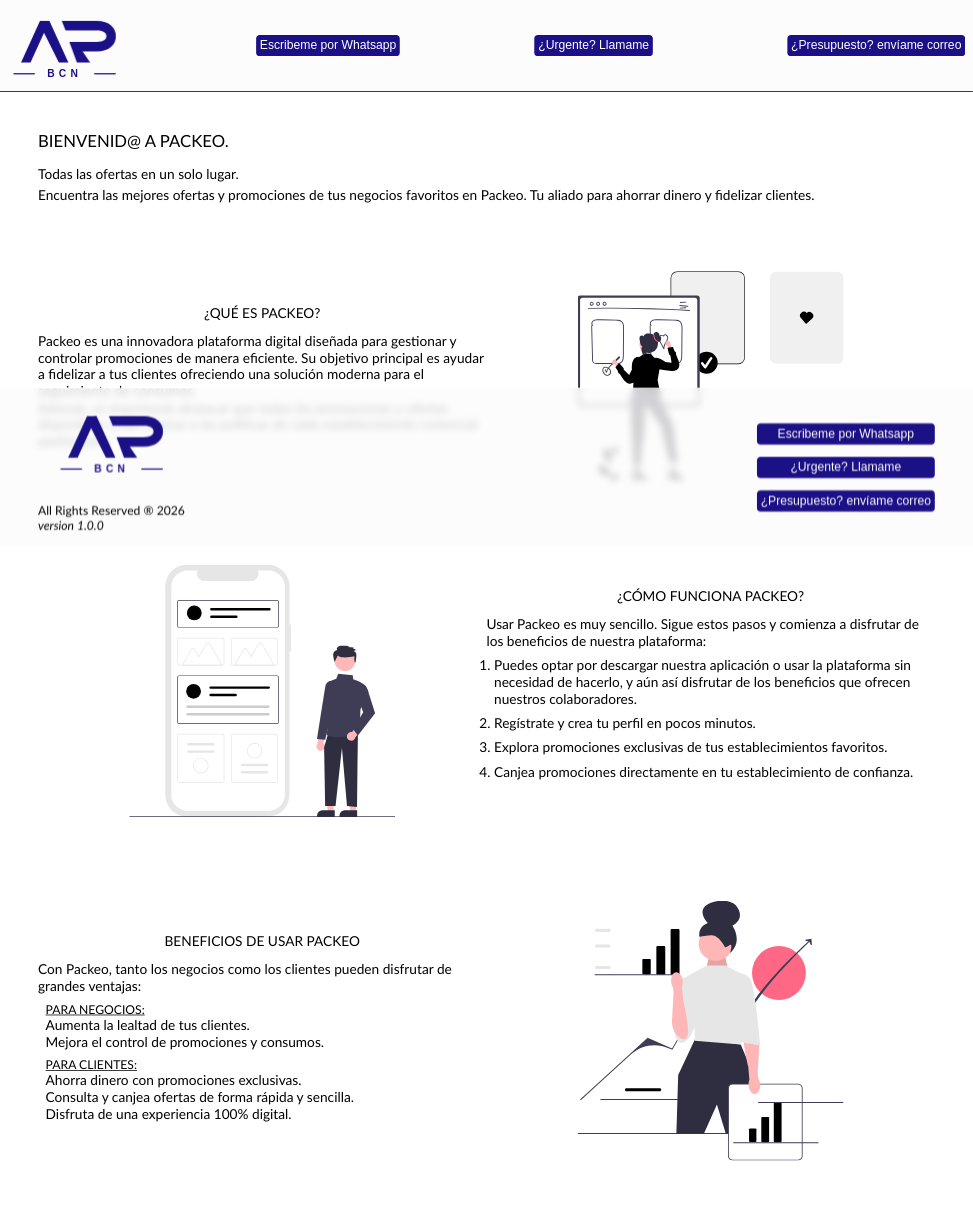
Repository: alupvcbarcelona/alupvcbarcelona-front
Page: /
The author's editor kept a copy of each file at every save. The page is drawn from the files as they stood at one save, then again after the next save.
The browser window is 1280 px wide. The pictures show the whole page, at 76% of full size.
The page's requests for data from a server got no answer. The project was rebuilt for these pictures with package versions that can differ from the ones it lists, and the page was loaded fresh each time. No one was signed in, and anything a server would have sent is missing. Also part of the build but not shown: vite.config.js, src/reducers/partner.reducer/partner.action.js, src/views/Pack/utils/content.js, src/views/Pack/Pack.css, src/views/Pack/Pack.jsx, src/views/404/utils.js, src/views/404/NotFound.css, src/views/404/NotFound.jsx and 6 more.

Above is the page before, as saved 2026-07-24 09:25:21.

### index.html
<!doctype html>
<html lang="en">

<head>
  <meta charset="UTF-8" />
  <link rel="icon" type="image/svg+xml" href="/logo.png" />
  <meta name="viewport" content="width=device-width, initial-scale=1.0 user-scalable=no" />
  <meta name="author" content="AluPVC Barcelona" />
  <title>ALUPVC BCN</title>
</head>

<body>
  <div id="root"></div>
  <script type="module" src="/src/main.jsx"></script>
</body>

</html>

### src/main.jsx
import { StrictMode } from 'react'
import { createRoot } from 'react-dom/client'
import { BrowserRouter } from 'react-router-dom'
import { ReducerProvider } from './context/reducer.context/ReducerContext.jsx'
import { StateProvider } from './context/state.context/StateContext.jsx'
import App from './App.jsx'
import './assets/global/GlobalStyle.css'
import { ScrollProvider } from './context/scroll.context/Scroll.jsx'

createRoot(document.getElementById('root')).render(
  <StrictMode>
    <BrowserRouter>
      <ReducerProvider>
        <StateProvider>
          <ScrollProvider>
            <App />
          </ScrollProvider>
        </StateProvider>
      </ReducerProvider>
    </BrowserRouter>
  </StrictMode>
)

### src/context/reducer.context/ReducerContext.jsx
import { useReducer } from 'react'
import { ReducerContext } from '../createContext'
import {
  stateLoad,
  initStateLoad
} from '../../reducers/loader.reducer/loader.reducer'
import {
  statePartner,
  initStatePartner
} from '../../reducers/partner.reducer/partner.reducer'
import { initStateAuth, stateAuth } from '../../reducers/auth.reducer/auth.reducer'
import { initStatePack, statePacks } from '../../reducers/packs.reducer/pack.reducer'

export const ReducerProvider = ({ children }) => {
  const [load, dispatchLoad] = useReducer(stateLoad, initStateLoad)
  const [partner, dispatchPartner] = useReducer(statePartner, initStatePartner)
  const [auth, dispatchAuth] = useReducer(stateAuth, initStateAuth)
  const [packs, dispatchPack] = useReducer(statePacks, initStatePack)

  return (
    <ReducerContext.Provider value={{ load, dispatchLoad, partner, dispatchPartner, auth, dispatchAuth, packs, dispatchPack }}>
      {children}
    </ReducerContext.Provider>
  )
}

### src/context/scroll.context/Scroll.jsx
import { createContext, useRef } from 'react'
import { ScrollContext } from '../createContext'
import useScrollToRef from '../../hooks/useScrollToRef'

export const ScrollProvider = ({ children }) => {
  const useScroll = useScrollToRef()

  const refTop = useRef(null)
  const refForm = useRef(null)
  const refPack = useRef(null)
  const refPacks = useRef(null)

  return (
    <ScrollContext.Provider
      value={{ useScroll, refTop, refForm, refPack, refPacks }}
    >
      {children}
    </ScrollContext.Provider>
  )
}

### src/context/createContext.jsx
import { createContext } from "react";

export const ReducerContext = createContext()
export const StateContext = createContext()
export const ScrollContext = createContext()

### src/components/ProtectedRoute/ProtectedRoute.jsx
import React, { useContext, useEffect, useState } from 'react'
import { StateContext } from '../../context/createContext'
import { useNavigate } from 'react-router-dom'

const protectedRoute = ({ children, requiresAuth }) => {
  const {
    isAuth: { auth }
  } = useContext(StateContext)

  const navigate = useNavigate()

  useEffect(() => {
    if (requiresAuth && !auth) {
      navigate('/')
    } else if (!requiresAuth && auth) {
      navigate('/perfil')
    }
  }, [auth, navigate, requiresAuth])

  if ((requiresAuth && !auth) || (!requiresAuth && auth)) {
    return null
  }

  return children
}

export default protectedRoute

### src/views/Home/Home.jsx
import React from 'react'
import { home_content, home_description } from './utils/content'
import './Home.css'

const Img = React.lazy(() => import('../../components/Img/Img'))
const Content = React.lazy(() => import('../../components/Content/Content'))

const Home = () => {
  const content = home_content
  const description = home_description

  return (
    <section className='home__content fadeIn'>
      <div>
        <Content element={content} />
      </div>
      <div className='home__section'>
        {description?.body.map((item, index) => (
          <div key={`section-${index}`} className='home__use'>
            <div>
              <h2>{item?.title}</h2>
              {item.article.map((article, articleIndex) => (
                <article key={`article-${articleIndex}`}>
                  <p>{article.paragraph}</p>
                  {article.description_ && (
                    <div className='home__bussiness-type'>
                      {article.description_.map((desc, descIndex) => (
                        <div key={`desc-${descIndex}`}>
                          <h3>{desc.title}</h3>
                          {desc.ul && (
                            <ul>
                              {desc.ul.map((li, liIndex) => (
                                <li key={`desc-li-${liIndex}`}>{li.li}</li>
                              ))}
                            </ul>
                          )}
                        </div>
                      ))}
                    </div>
                  )}
                  {article.ol && (
                    <ol>
                      {article.ol.map((li, olIndex) => (
                        <li key={`ol-li-${olIndex}`}>{li.li}</li>
                      ))}
                    </ol>
                  )}
                </article>
              ))}
            </div>
            <div>
              <Img icon={item.img.img} alt={item.img.alt} w={item.img.width} />
            </div>
          </div>
        ))}
      </div>
    </section>
  )
}

export default Home

### src/layout/Layout.jsx
import React, { useContext, useEffect, useState } from "react";
import { Outlet, useLocation } from "react-router-dom";
import { Helmet, HelmetProvider } from "react-helmet-async";
import { ToastContainer } from "react-toastify";
import useWidth from "../hooks/useWidth";
import "./Layout.css";
import { ScrollContext } from "../context/createContext";

const AluPVCLogo = React.lazy(() => import("../components/Logo/AluPVCLogo"));
const Header = React.lazy(() => import("../components/Header/Header"));
const Footer = React.lazy(() => import("../components/Footer/Footer"));

const Layout = () => {
  const [google, setGoogle] = useState(import.meta.env.VITE_GOOGLE_ADSENSE);
  const { useScroll, refTop } = useContext(ScrollContext);
  const location = useLocation();
  const width = useWidth();
  useEffect(() => {
    useScroll(refTop);
  }, [location]);

  return (
    <>
      <Header />
      <div className="layout__toast">
        <ToastContainer position="bottom-center" hideProgressBar />
      </div>
      <section
        ref={refTop}
        className={`outlet__container ${
          width >= 510 ? "outlet__children" : "outlet__children-mobile"
        }`}
      >
        <Outlet />
      </section>
      <Footer />
    </>
  );
};

export default Layout;

### src/hooks/useScrollToRef.jsx
import { useCallback } from 'react'

const useScrollToRef = () => {
  const scrollToRef = useCallback((ref, h=0) => {
    if (ref.current) {
      ref.current.scrollIntoView({ behavior: 'smooth', block: 'start' })
      setTimeout(() => {
        const scrollY = window.scrollY || document.documentElement.scrollTop
        window.scrollTo({
          top: h,
          behavior: 'smooth',
        })
      }, 0)

    }
  }, [])

  return scrollToRef
}

export default useScrollToRef

### src/views/Home/Home.css
.home__content {
  padding: 50px;
}

.home__content-title {
  margin: 40px 0;
  text-align: center;
}

.home__container-card {
  display: flex;
  gap: 20px;
  flex-wrap: wrap;
  justify-content: center;
}

.home__section {
  display: flex;
  flex-direction: column;
  gap: 70px;
}

.home__use {
  width: 100%;
  display: flex;
  flex-wrap: wrap;
  justify-content: center;
  align-items: center;
}
.home__use > div {
  width: 50%;
}

.home__use > div > article > div {
  margin-bottom: 10px;
}

.home__section h2 {
  font-size: 18px;
  margin-bottom: 15px;
  text-align: center;
}

.home__section img {
  display: block;
  margin: 20px auto;
  max-width: 100%;
  height: auto;
}

.home__section ol {
  padding: 10px;
}

.home__section ol li {
  margin-bottom: 10px;
}

.home__benefits {
  display: flex;
  flex-direction: column;
  gap: 20px;
}

.home__bussiness-type {
  margin: 10px 0 0 10px;
}

.home__bussiness-type > div > h3 {
  margin-top: 10px;
  text-decoration: underline;
  font-size: 16px;
}

.home__benefits ul {
  list-style: disc;
  margin-left: 20px;
}

.home__benefits ul li {
  margin-bottom: 8px;
}

@media (min-width: 663px) {
  .home__use:nth-child(2) {
    flex-direction:row-reverse;
  }
}

@media (max-width: 662px) {
  .home__content {
    padding: 50px 20px 40px 20px;
  }
  .home__use {
    flex-wrap: nowrap;
    flex-direction: column;
    gap: 50px;
  }
  .home__use > div {
    width: 100%;
  }
}

### src/components/Img/Img.jsx
import './Img.css'

const Img = ({
  icon,
  w = 20,
  h = w,
  p = '0px',
  alt,
  title = null,
  action = () => {}
}) => {
  return (
    <img
      className='svg__icon'
      src={icon}
      width={w}
      height={h}
      style={{ padding: p }}
      alt={alt}
      title={title}
      onClick={action}
      loading='lazy'
    />
  )
}

export default Img

### src/hooks/useWidth.jsx
import { useEffect, useState } from 'react'

const useWidth = () => {
  const [width, setWidth] = useState(window.innerWidth);
  useEffect(() => {
    const handleResize = () => {
      setWidth(window.innerWidth);
    };

    window.addEventListener('resize', handleResize);

    return () => {
      window.removeEventListener('resize', handleResize);
    };
  }, []);
  return width;
}

export default useWidth

### src/layout/Layout.css
.outlet__container {
  min-height:50svh;
}

### src/components/Logo/AluPVCLogo.jsx
import Img from "../Img/Img";
const logo = "/public/logo_2.png";
import "./AluPVCLogo.css";

const AluPVCLogo = () => {
  return (
    <div className="alupvc-logo fadeIn">
      <div className="logo-container">
        <svg
          viewBox="0 0 600 400"
          className="logo-svg"
          xmlns="http://www.w3.org/2000/svg"
        >
          <defs>
            <linearGradient id="grad" x1="0%" y1="0%" x2="100%" y2="100%">
              <stop offset="0%" stopColor="var(--p-bg-secondary)" />
              <stop offset="100%" stopColor="var(--p-bg-secondary)" />
            </linearGradient>
          </defs>

          {/* A izquierda */}
          <polygon
            className="a-left"
            points="70,290 170,70 220,70 120,290"
            fill="url(#grad)"
          />

          {/* A derecha */}
          <polygon
            className="a-right"
            points="220,70 320,290 270,290 170,90"
            fill="url(#grad)"
          />

          {/* P */}
          <path
            className="letter-p"
            d="
    M285 70
    H470
    C535 70 570 105 570 150
    C570 195 535 230 470 230
    H395
    L435 290
    H365
    L325 180
    H470
    C505 180 520 167 520 150
    C520 133 505 120 470 120
    H305
    Z"
            fill="url(#grad)"
          />

          {/* Línea izquierda */}
          <rect
            className="line-left"
            x="30"
            y="345"
            width="115"
            height="8"
            rx="4"
            fill="url(#grad)"
          />

          {/* Línea derecha */}
          <rect
            className="line-right"
            x="455"
            y="345"
            width="115"
            height="8"
            rx="4"
            fill="url(#grad)"
          />

          {/* BCN */}
          <text
            x="300"
            y="366"
            textAnchor="middle"
            className="logo-text logo-bcn"
          >
            BCN
          </text>
        </svg>
      </div>
    </div>
  );
};

export default AluPVCLogo;

### src/components/Header/Header.jsx
import React, { useContext } from 'react'
import { NavLink, useNavigate, useLocation } from 'react-router-dom'
import useWidth from '../../hooks/useWidth'
import { ReducerContext, StateContext } from '../../context/createContext'
import { optionsNavigate, optionsNavigateMobile } from './utils/content'
import { handleGoHome } from './utils/functions'
import Img from '../Img/Img'
import './Header.css'
import menu from '/menu.svg'
import login from '/login.svg'
import AluPVCLogo from '../Logo/AluPVCLogo'
import { handleCallPhone, handleEmail, handleWhatsapp } from '../Footer/utils'
const Button = React.lazy(() => import('../Button/Button'))

const Header = () => {
  const width = useWidth()
  const navigate = useNavigate()
  const location = useLocation()
  const {
    isAuth: { auth },
    showMenu,
    handleShowMenu,
    handleCloseSesion
  } = useContext(StateContext)
  const {
    auth: { user }
  } = useContext(ReducerContext)

  const navbar = optionsNavigate(user, auth)
  const navbarMobile = optionsNavigateMobile(user, auth)

  return (
    <header className='header__container filter'>
      <div className='header__content-logo'>
        <AluPVCLogo />
      </div>
      <Button
            ariaLabel="Whatsapp"
            p="5px"
            br="5px"
            children="Escribeme por Whatsapp"
            onClick={handleWhatsapp}
          />
          <Button
            ariaLabel="Teléfono"
            p="5px"
            br="5px"
            children="¿Urgente? Llamame"
            onClick={handleCallPhone}
          />
          <Button
            ariaLabel="Email"
            p="5px"
            br="5px"
            children="¿Presupuesto? envíame correo"
            onClick={handleEmail}
          />
    </header>
  )
}

export default Header

### src/components/Footer/Footer.jsx
import React from "react";
import packageJson from "../../../package.json";
import { year, handleEmail, handleWhatsapp, handleCallPhone } from "./utils";
import AluPVCLogo from "../Logo/AluPVCLogo";
import Button from "../Button/Button";

import "./Footer.css";

const Footer = () => {
  return (
    <footer>
      <div className="footer__container filter">
        <div className="footer_content-logo">
          <AluPVCLogo />
          <div className="footer_content-version">
            <span>All Rights Reserved &#174;​ {year()}</span>
            <i>version {packageJson.version}</i>
          </div>
        </div>
        <div className="footer_content-action">
          <Button
            ariaLabel="Whatsapp"
            p="5px"
            br="5px"
            children="Escribeme por Whatsapp"
            onClick={handleWhatsapp}
          />
          <Button
            ariaLabel="Teléfono"
            p="5px"
            br="5px"
            children="¿Urgente? Llamame"
            onClick={handleCallPhone}
          />
          <Button
            ariaLabel="Email"
            p="5px"
            br="5px"
            children="¿Presupuesto? envíame correo"
            onClick={handleEmail}
          />
        </div>
      </div>
    </footer>
  );
};

export default Footer;

### src/components/Button/Button.jsx
import "./Button.css";

const Button = ({
  children,
  icon,
  ariaLabel,
  bgColor = "var(--p-bg-secondary)",
  textColor = "var(--p-text-primary_2)",
  p,
  br,
  w = "auto",
  h = "auto",
  type = "button",
  onClick,
  className = "",
  style = {},
  ...props
}) => {
  return (
    <button
      type={type}
      onClick={onClick}
      aria-label={ariaLabel}
      className={`button ${className}`}
      style={{
        backgroundColor: bgColor,
        color: textColor,
        padding: p,
        borderRadius: br,
        width: w,
        height: h,
        ...style,
      }}
      {...props}
    >
      {icon && <span className="button__icon">{icon}</span>}

      {children && <span className="button__text">{children}</span>}
    </button>
  );
};

export default Button;

### src/components/Img/Img.css
.svg__icon {
  transition: all 0.1s ease-in;
  cursor:pointer;
}

.svg__icon:hover{
  transform: scale(1.1);
}

### src/components/Content/Content.css
.content__container {
  width: 100%;
  display: flex;
  flex-direction: column;
  gap: 20px;
  margin-bottom: 30px;
  transition: all 0.3s ease-in-out;
}

.content__content-information {
  display: flex;
  justify-content: start;
  align-items: center;
  gap: 10px;
}

.content__content-contact {
  display: flex;
  flex-direction: column;
  gap: 5px;
}

.content__links {
  display: flex;
  flex-wrap: wrap;
  align-items: center;
}

.content__content-location {
  display: flex;
  gap: 5px;
  align-items: center;
}

.content__content-location > span {
  background-color: var(--p-bg-black);
  color: var(--p-text-tertiary);
  padding: 0 5px;
  border-radius: 5px;
}

### src/components/Footer/Footer.css
.footer__container {
  position: fixed;
  width: 100%;
  padding: 20px 50px;
  display: flex;
  justify-content: space-between;
  gap: 50px;
  bottom: 0;
}

.footer_content-logo {
  display: flex;
  flex-wrap: wrap;
  justify-content: space-between;
  flex-direction: column;
  gap: 2rem;
}

.footer_content-version {
  display: flex;
  flex-direction: column;
  justify-content: end;
}

.footer_content-action {
  display: flex;
  justify-content: center;
  flex-direction: column;
  gap: 1rem;
}

@media (max-width: 662px) {
  .footer__container {
    /* flex-direction: column-reverse; */
    padding: 20px;
  }
}

Loaded but not shown: package.json (35 lines, source omitted); src/views/Home/utils/content.js (107 lines, source omitted); src/components/Header/utils/content.js (167 lines, source omitted); src/components/Footer/utils.js (82 lines, source omitted); src/reducers/packs.reducer/pack.reducer.js (24 lines, source omitted); src/services/fetch.js (23 lines, source omitted); src/reducers/partner.reducer/partner.reducer.js (18 lines, source omitted); src/reducers/loader.reducer/loader.reducer.js (15 lines, source omitted); src/reducers/auth.reducer/auth.reducer.js (12 lines, source omitted); src/components/Header/utils/functions.js (3 lines, source omitted); src/context/state.context/StateContext.jsx (158 lines, source omitted); src/components/Content/Content.jsx (112 lines, source omitted); src/App.jsx (54 lines, source omitted); src/assets/global/GlobalStyle.css (192 lines, source omitted); src/components/Header/Header.css (134 lines, source omitted); src/components/Logo/AluPVCLogo.css (142 lines, source omitted); src/components/Button/Button.css (no stored copy; drawn as an empty file)

After the next save:
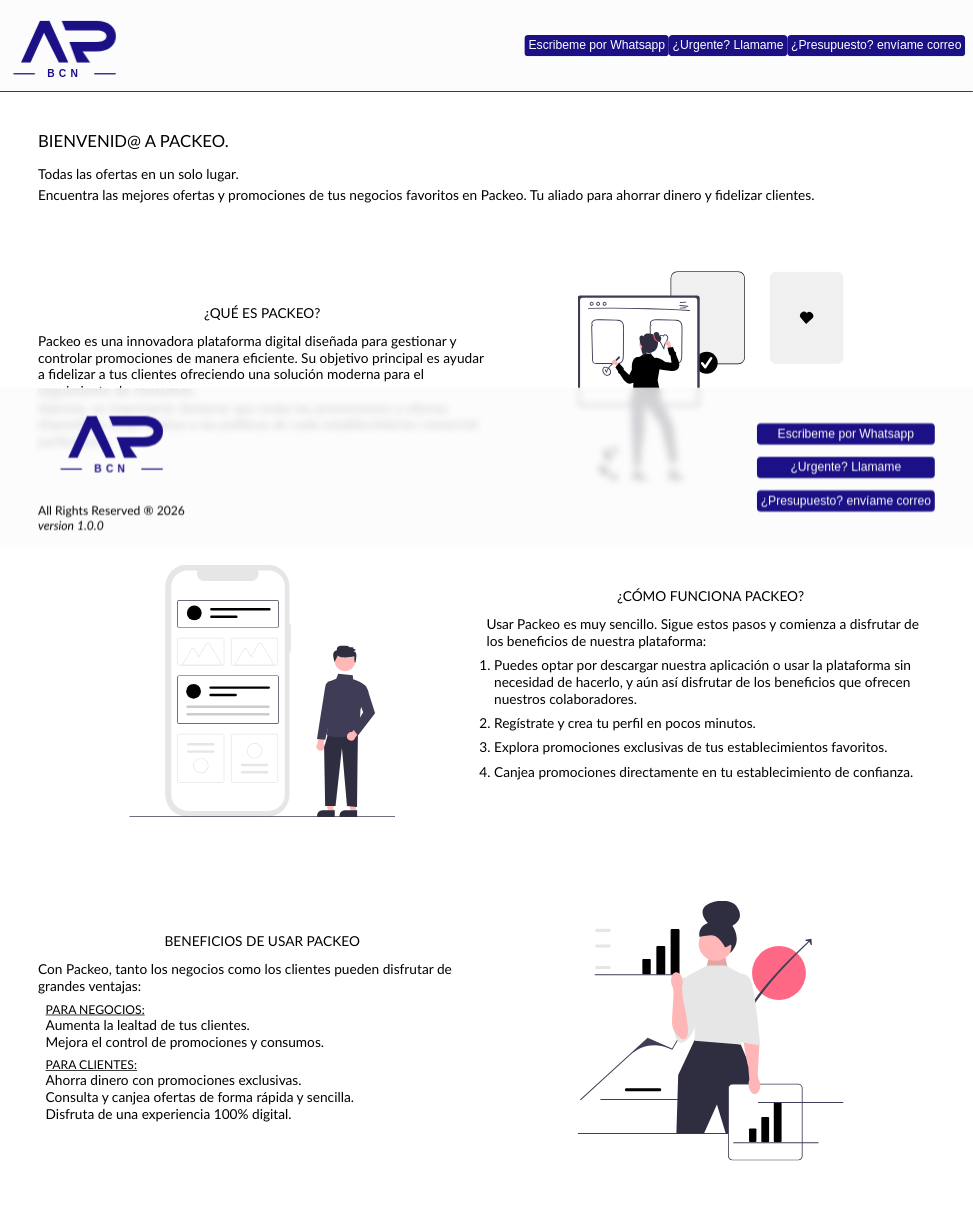
Saved 16 s later.
--- a/src/components/Header/Header.jsx
+++ b/src/components/Header/Header.jsx
@@ -1,62 +1,64 @@
-import React, { useContext } from 'react'
-import { NavLink, useNavigate, useLocation } from 'react-router-dom'
-import useWidth from '../../hooks/useWidth'
-import { ReducerContext, StateContext } from '../../context/createContext'
-import { optionsNavigate, optionsNavigateMobile } from './utils/content'
-import { handleGoHome } from './utils/functions'
-import Img from '../Img/Img'
-import './Header.css'
-import menu from '/menu.svg'
-import login from '/login.svg'
-import AluPVCLogo from '../Logo/AluPVCLogo'
-import { handleCallPhone, handleEmail, handleWhatsapp } from '../Footer/utils'
-const Button = React.lazy(() => import('../Button/Button'))
+import React, { useContext } from "react";
+import { NavLink, useNavigate, useLocation } from "react-router-dom";
+import useWidth from "../../hooks/useWidth";
+import { ReducerContext, StateContext } from "../../context/createContext";
+import { optionsNavigate, optionsNavigateMobile } from "./utils/content";
+import { handleGoHome } from "./utils/functions";
+import Img from "../Img/Img";
+import "./Header.css";
+import menu from "/menu.svg";
+import login from "/login.svg";
+import AluPVCLogo from "../Logo/AluPVCLogo";
+import { handleCallPhone, handleEmail, handleWhatsapp } from "../Footer/utils";
+const Button = React.lazy(() => import("../Button/Button"));
 
 const Header = () => {
-  const width = useWidth()
-  const navigate = useNavigate()
-  const location = useLocation()
+  const width = useWidth();
+  const navigate = useNavigate();
+  const location = useLocation();
   const {
     isAuth: { auth },
     showMenu,
     handleShowMenu,
-    handleCloseSesion
-  } = useContext(StateContext)
+    handleCloseSesion,
+  } = useContext(StateContext);
   const {
-    auth: { user }
-  } = useContext(ReducerContext)
+    auth: { user },
+  } = useContext(ReducerContext);
 
-  const navbar = optionsNavigate(user, auth)
-  const navbarMobile = optionsNavigateMobile(user, auth)
+  const navbar = optionsNavigate(user, auth);
+  const navbarMobile = optionsNavigateMobile(user, auth);
 
   return (
-    <header className='header__container filter'>
-      <div className='header__content-logo'>
+    <header className="header__container filter">
+      <div className="header__content-logo">
         <AluPVCLogo />
       </div>
-      <Button
-            ariaLabel="Whatsapp"
-            p="5px"
-            br="5px"
-            children="Escribeme por Whatsapp"
-            onClick={handleWhatsapp}
-          />
-          <Button
-            ariaLabel="Teléfono"
-            p="5px"
-            br="5px"
-            children="¿Urgente? Llamame"
-            onClick={handleCallPhone}
-          />
-          <Button
-            ariaLabel="Email"
-            p="5px"
-            br="5px"
-            children="¿Presupuesto? envíame correo"
-            onClick={handleEmail}
-          />
+      <div>
+        <Button
+          ariaLabel="Whatsapp"
+          p="5px"
+          br="5px"
+          children="Escribeme por Whatsapp"
+          onClick={handleWhatsapp}
+        />
+        <Button
+          ariaLabel="Teléfono"
+          p="5px"
+          br="5px"
+          children="¿Urgente? Llamame"
+          onClick={handleCallPhone}
+        />
+        <Button
+          ariaLabel="Email"
+          p="5px"
+          br="5px"
+          children="¿Presupuesto? envíame correo"
+          onClick={handleEmail}
+        />
+      </div>
     </header>
-  )
-}
+  );
+};
 
-export default Header
+export default Header;
